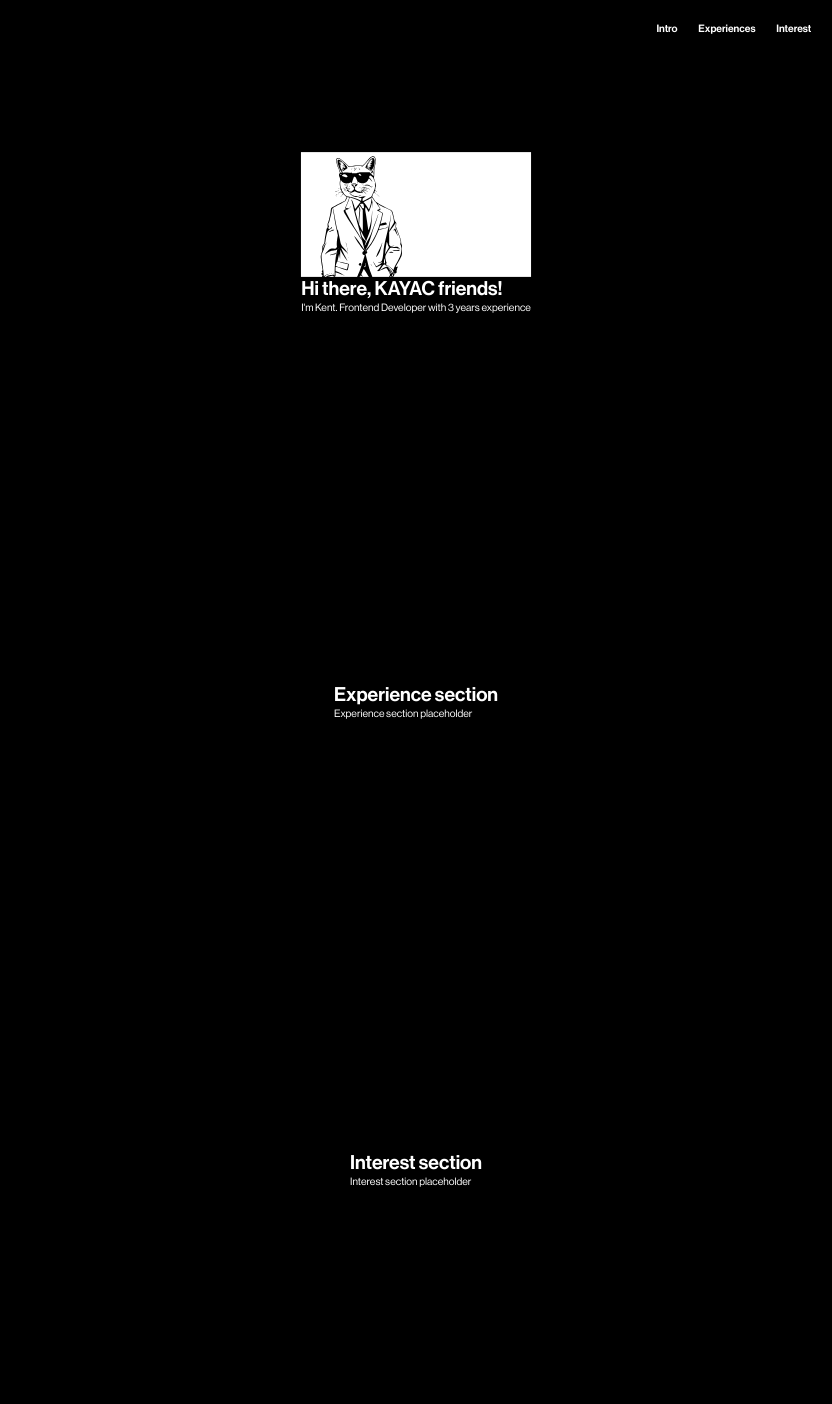
Repository: kentnathaniel/kayac-presentation
Page: /
These files come from the project's save history. The page is drawn as it stood at one moment and after the next save; the edit follows.
The browser window is 1280 px wide. The pictures show the whole page, at 65% of full size.
The project was rebuilt for these pictures with package versions that can differ from the ones it lists, and the page was loaded fresh each time. Also part of the build but not shown: vite.config.ts.

Above is the page before, as saved 2024-09-14 09:19:25.

After the next save:
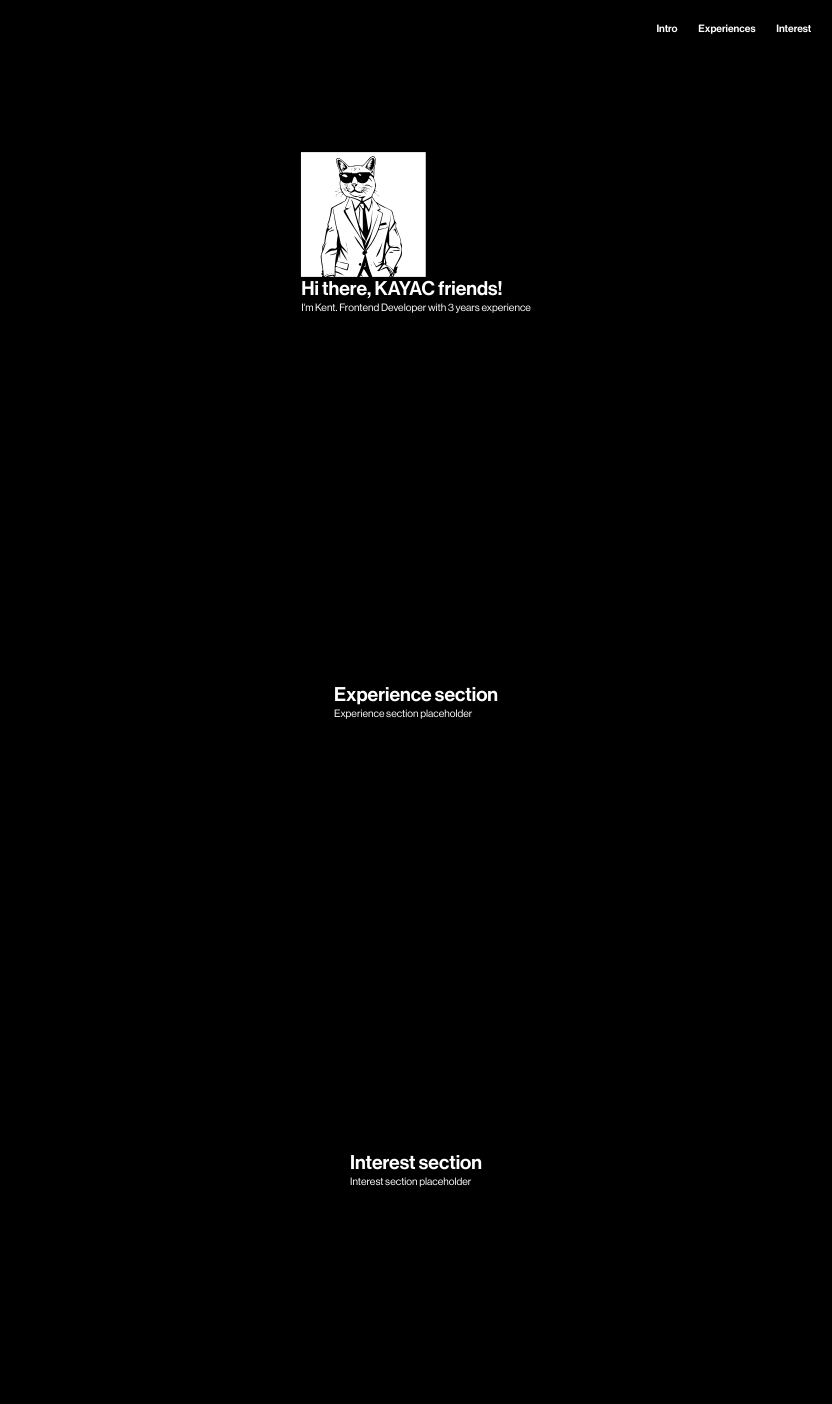
Saved 6 s later.
--- a/src/App.tsx
+++ b/src/App.tsx
@@ -10,7 +10,7 @@ function App() {
       </nav>
 
       <div className="flex flex-col justify-center mx-auto h-screen ">
-        <div className="bg-white ">
+        <div className="bg-white w-fit">
           <SmartCat className="text-white w-48 h-48" />
         </div>
         <h1 className="text-3xl text-left">Hi there, KAYAC friends!</h1>
